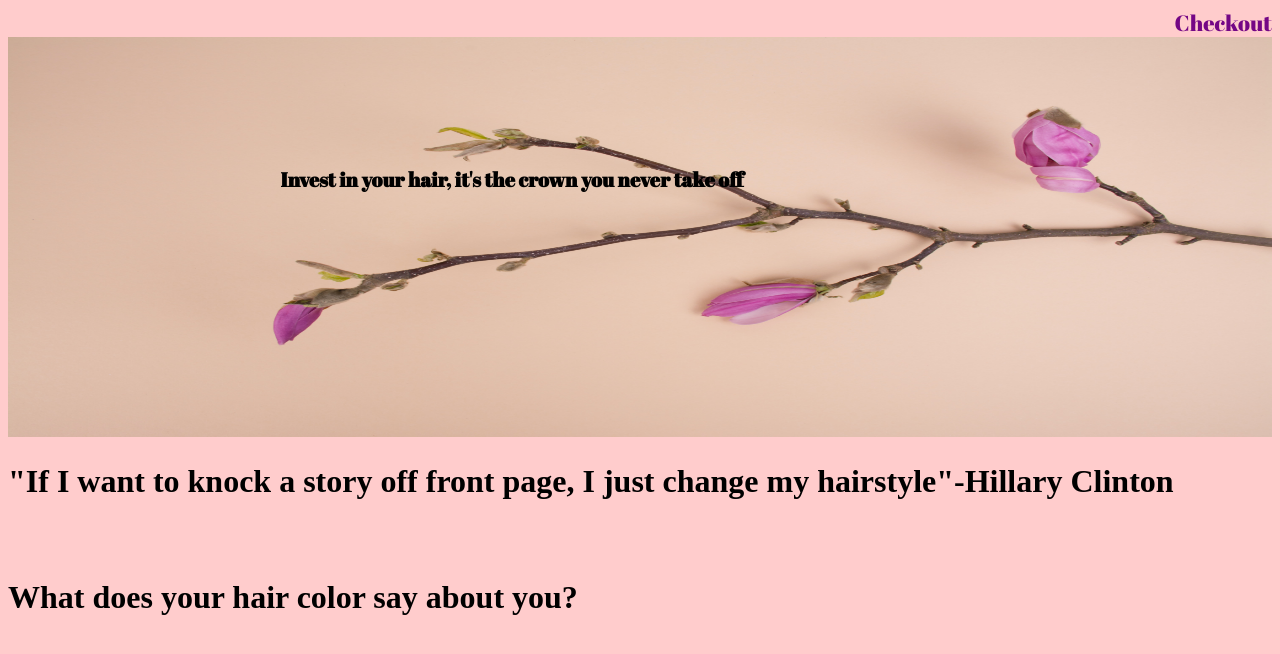
Repository: aarushi-07/Hair-and-Spa-booking-system
Page: http://localhost/salon/WEB-INF/jsp/hair.jsp
An editor plug-in stored every save of this project. The page is shown before and after the next save, followed by the edit.
The browser window is 1280 px wide. The pictures show the whole page.
The page is served by Tomcat 9. Nobody is signed in. The template is opened directly, without the code that normally fills it, so the values that code supplies are empty.

Above is the page before, as saved 2020-07-10 07:52:27.

After the next save:
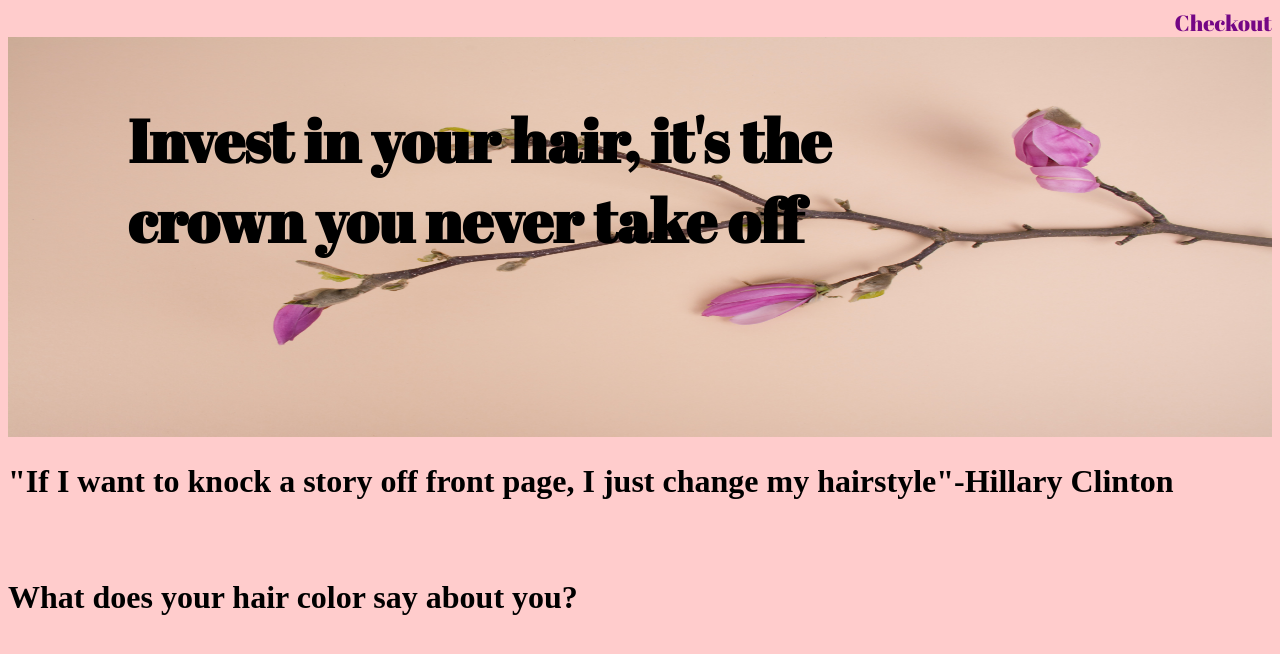
Saved 11 s later.
--- a/salon/src/main/webapp/resources/css/all.css
+++ b/salon/src/main/webapp/resources/css/all.css
@@ -64,5 +64,5 @@ body {
   top: 25%;
   left: 40%;
   transform: translate(-50%, -50%);
-  font-size: 10px;
+  font-size: 30px;
 }
